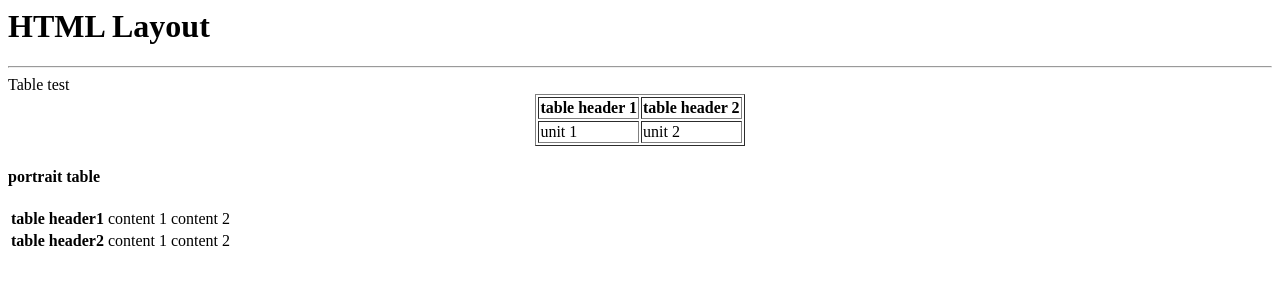
Repository: libelosophy/anjoyo
Page: workspace/QTalk/WebContent/html/table.html
The author's editor kept a copy of each file at every save. The page is drawn from the files as they stood at one save, then again after the next save.
The browser window is 1280 px wide. The pictures show the whole page.

Above is the page before, as saved 2013-09-09 11:27:44.

### workspace/QTalk/WebContent/html/table.html
<html>
<head>
<title>HTML Layout</title>
<meta name="author" content="jh">

</head>

<h1> HTML Layout </h1>
<body>
<hr />


	<table border="1" align="center"> Table test
		<tr>
			<th>table header 1</th>
			<th>table header 2</th>
		</tr>
		<tr>
			<td>unit 1</td>
			<td>unit 2</td>
		</tr>
	</table>

	<h4> portrait table </h4>
	<table>
		<tr>
			<th> table header1</th>
			<td> content 1</td>
			<td> content 2</td>
		</tr>

		<tr>
			<th> table header2</th>
			<td> content 1</td>
			<td> content 2</td>
		</tr>
	</table>


</body>
</html>

After the next save:
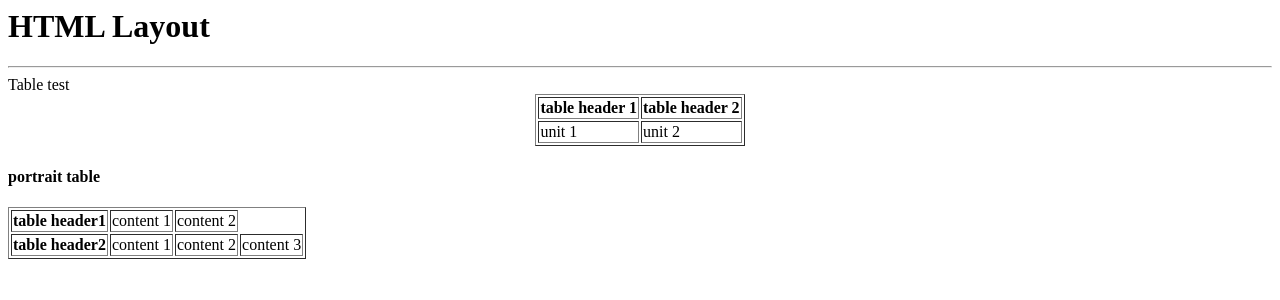
Saved 78 s later.
--- a/workspace/QTalk/WebContent/html/table.html
+++ b/workspace/QTalk/WebContent/html/table.html
@@ -22,7 +22,7 @@
 	</table>
 
 	<h4> portrait table </h4>
-	<table>
+	<table border="1">
 		<tr>
 			<th> table header1</th>
 			<td> content 1</td>
@@ -33,6 +33,7 @@
 			<th> table header2</th>
 			<td> content 1</td>
 			<td> content 2</td>
+			<td> content 3</td>
 		</tr>
 	</table>
 
